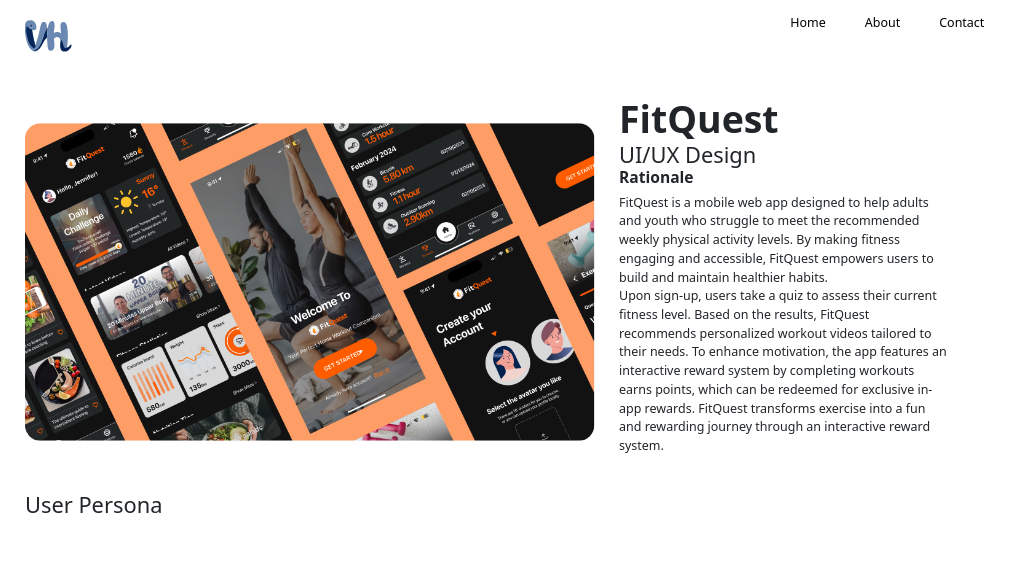
Repository: Vanessahyc/vanessa-portfolio
Page: /fitquest
These files come from the project's save history. The page is drawn as it stood at one moment and after the next save; the edit follows.
The browser window is 1280 px wide. The page is 1312 px wide, so the pictures cover 1312 px, including what lies to the right of the window. The pictures show the whole page, at 78% of full size.
The project was rebuilt for these pictures with package versions that can differ from the ones it lists, and the page was loaded fresh each time. The framework's server and built-in components were replaced by stand-ins that run in the browser. Also part of the build but not shown: next.config.mjs.

Above is the page before, as saved 2025-02-07 17:28:04.

After the next save:
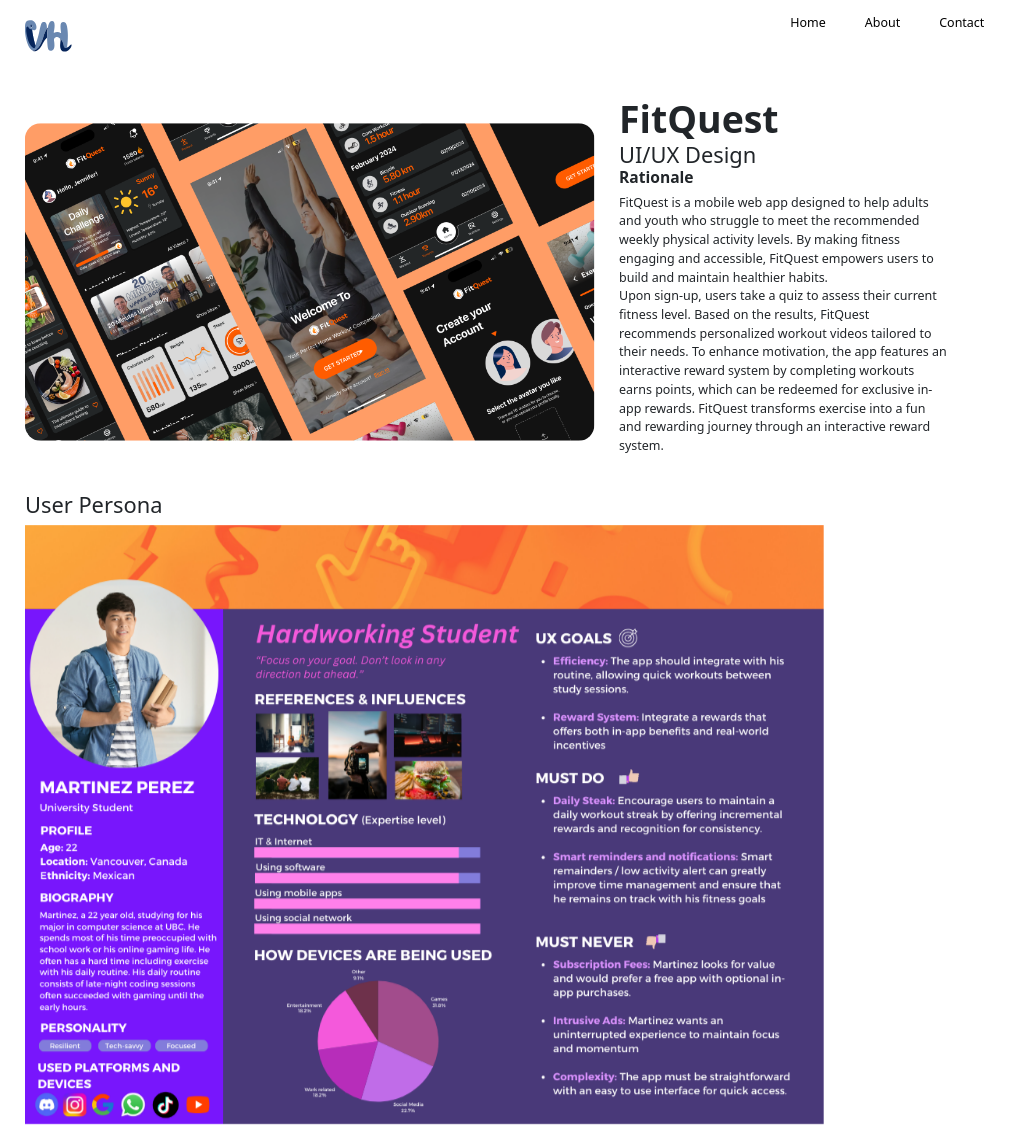
Saved 9 s later.
--- a/src/app/fitquest/page.js
+++ b/src/app/fitquest/page.js
@@ -40,7 +40,7 @@
                         <Slider {...settings}>
                             {images.map((src, index)=> (
                                 <div key={index} className="cursor-pointer">
-                                    <img></img>
+                                    <img src={src}></img>
                                 </div>
                             ))}
                         </Slider>
